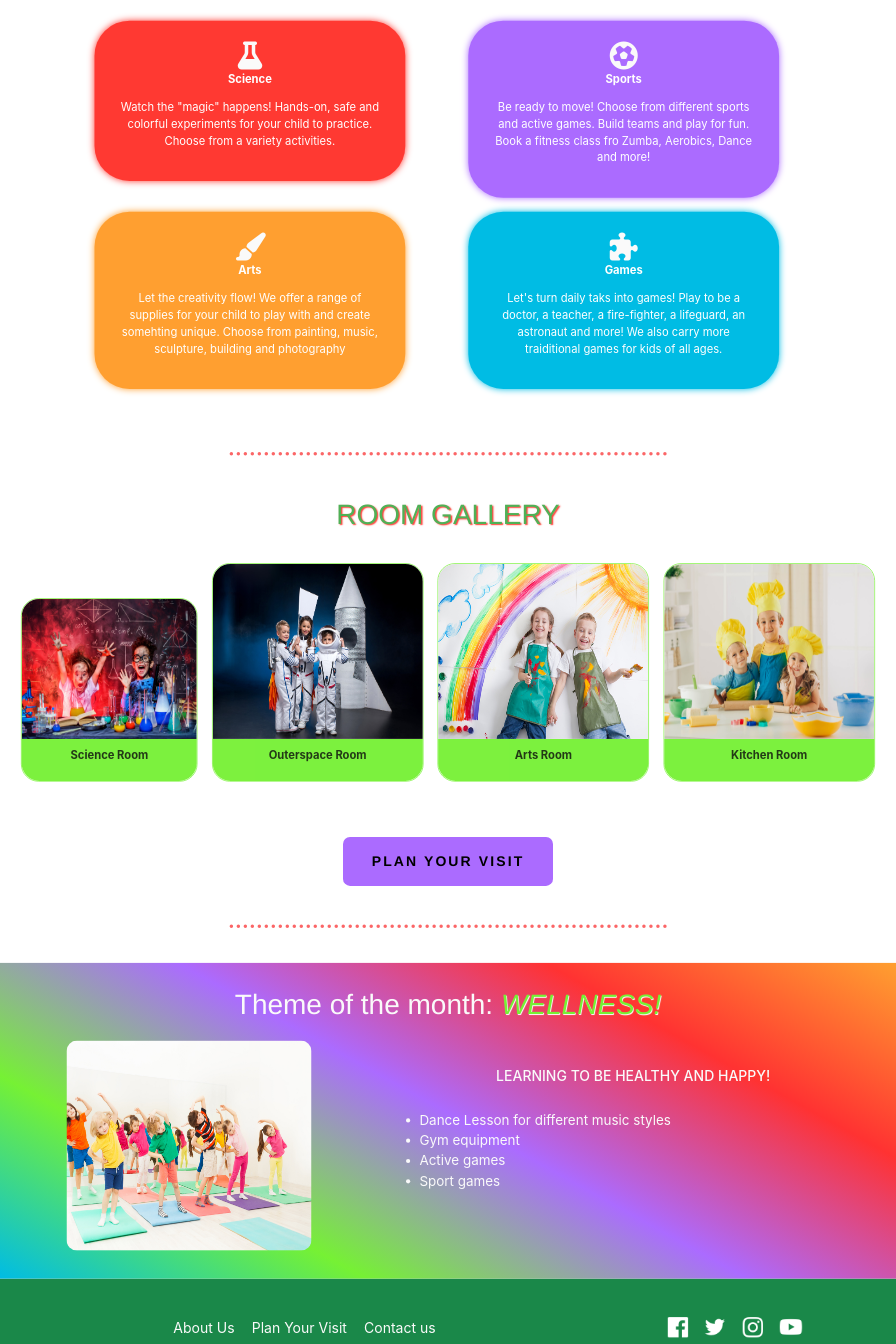
Repository: Code-Institute-Submissions/my-first-frontend-milestone-project
Page: index.html
The author's editor kept a record of every edit. The page is drawn from the files as they stood at one moment, then again after the next edit.
The browser window is 1280 px wide. The pictures show the part of the page from y = 1851 to 3771 px (the page is 3834 px tall), at 70% of full size.
Some web fonts or font styles are not loaded; a fallback is used. Some web libraries are served in a nearby version.

Above is the page before.

After the next edit:
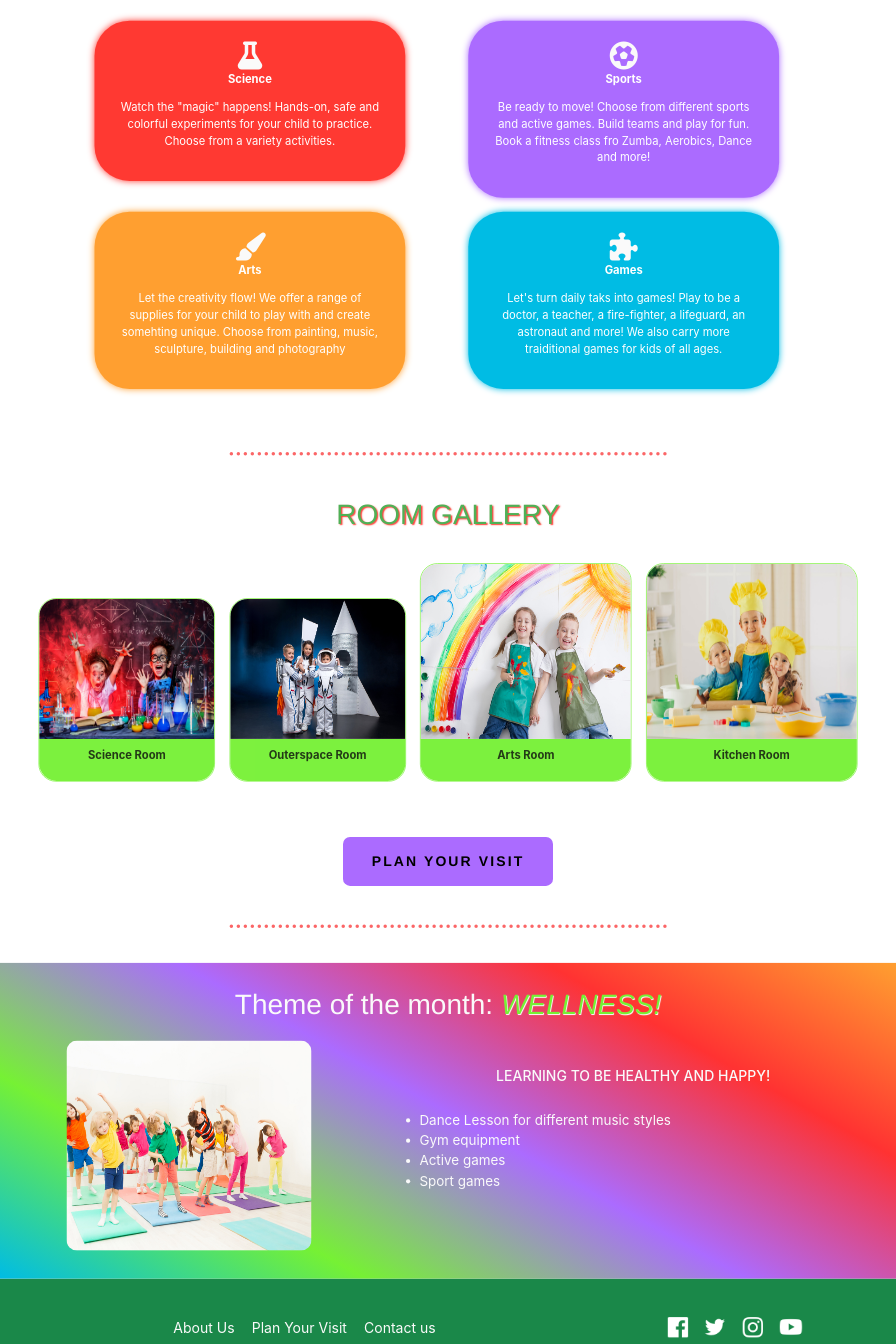
The edit:
--- a/index.html
+++ b/index.html
@@ -131,7 +131,7 @@
                                 </div>
                             </li>
                             <li class="room2">
-                                <img src="./images/outerspace-room.jpg" alt="Space Room" width="300" height="250">
+                                <img src="./images/outerspace-room.jpg" alt="Space Room" width="250" height="200">
                                         <div class="gallery_caption"><strong><p>Outerspace Room</p></strong>
                                         </div>
                             </li>
